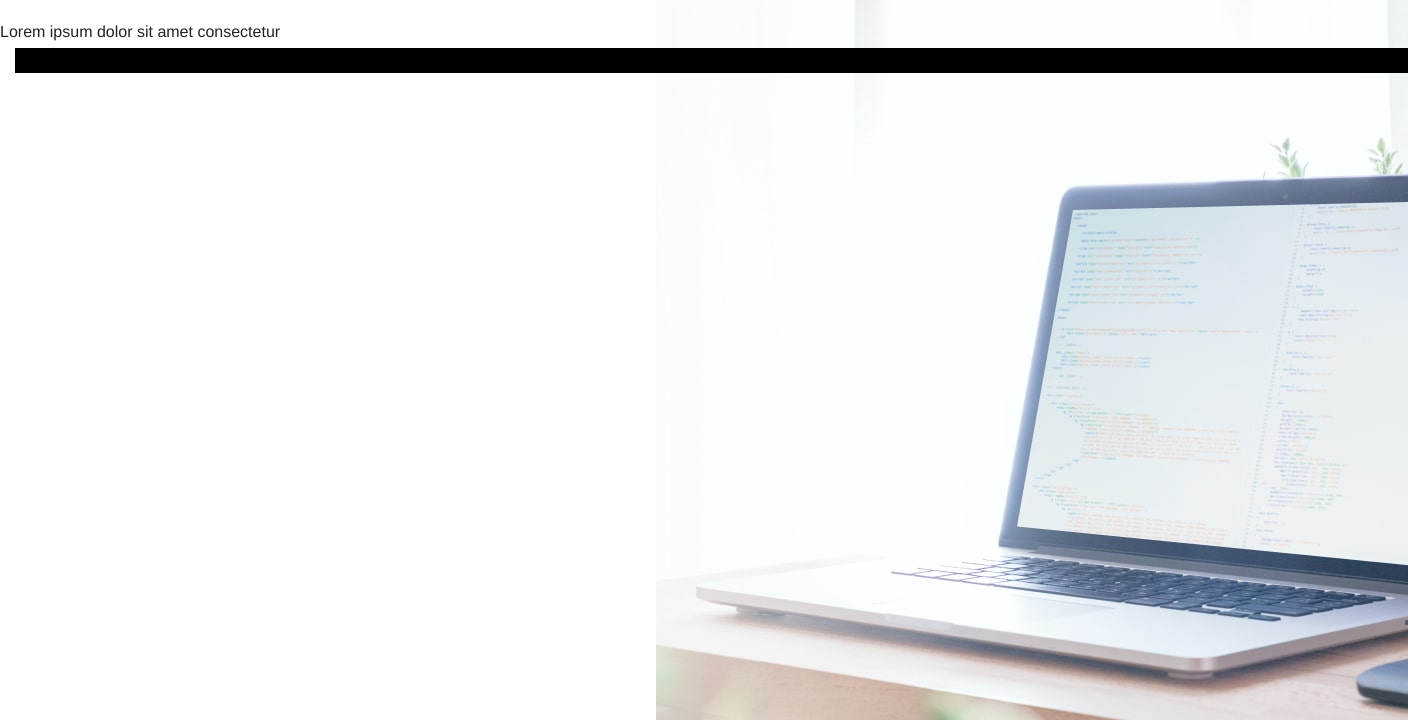
Repository: iKrekus/HTMLAcademy-mysite
Page: test.html
An editor plug-in stored every save of this project. The page is shown before and after the next save, followed by the edit.
The browser window is 1280 px wide. The page is 1408 px wide, so the pictures cover 1408 px, including what lies to the right of the window. The pictures show the whole page.

Above is the page before, as saved 2022-09-28 17:50:51.

### test.html
<!DOCTYPE html>
<html lang="en">
<head>
    <meta charset="UTF-8">
    <meta http-equiv="X-UA-Compatible" content="IE=edge">
    <meta name="viewport" content="width=device-width, initial-scale=1.0">
<link rel="stylesheet" href="style.css">
    <title>Test</title>
</head>
<body>
    <p class="lorem">Lorem ipsum dolor sit amet consectetur</p>
</body>
</html>

### style.css
body {
  position: relative;
  margin: 0;
  min-width: 1408px;
  font-family: "Montserrat", "Helvetica", "Arial", sans-serif;
  font-size: 16px;
  line-height: 32px;
  color: #222222;
  background-image: url("img/hero-bg.jpg");
  background-repeat: no-repeat;
  background-position-y: top;
  background-position-x: calc(50vw + 16px);
}

.container {
  max-width: 1408px;
  margin: 0 auto;
  padding: 0 16px;
}

.page-header {
  margin: 0 0 140px;
  padding: 32px 0;
}

.page-header a {
  margin-right: 56px;
  padding-bottom: 10px;
  padding-top: 10px;
  color: #8da2ed;
  text-decoration: none;
  background-repeat: no-repeat;
  background-position: left;
}

.page-header a:focus,
.page-header a:hover {
  border-bottom: 1px solid #8da2ed;
  filter: hue-rotate(50deg);
}

.page-header a:active {
  filter: hue-rotate(0);
  opacity: 0.6;
}

.header-email {
  padding-left: 30px;
  background-image: url("img/icon-email-header.svg");
}

.header-phone {
  padding-left: 25px;
  background-image: url("img/icon-phone-header.svg");
}

.hero-image {
  position: relative;
  height: 564px;
}

.hero-image .container {
  padding-left: 0;
  padding-right: 0;
  background-image: url("img/dotted-border-v.svg");
  background-repeat: repeat-y;
  background-position: top left;
}

.heading {
  margin: 0 0 40px;
  padding-left: 116px;
  width: 928px;
  font-size: 104px;
  line-height: 120px;
  letter-spacing: -2px;
  font-weight: 400;
  color: #8da2ed;
}

.hero-image p {
  margin: 0;
  padding-left: 128px;
  padding-bottom: 16px;
  font-size: 32px;
  line-height: 48px;
}

.intro {
  margin: 0 0 160px;
  padding-top: 240px;
  padding-bottom: 80px;
  background-color: #fafbfd;
}

.subheading {
  margin: 0 0 56px;
  font-size: 72px;
  line-height: 104px;
  font-weight: 400;
  color: #8da2ed;
}

.intro .container {
  position: relative;
}

.intro .subheading {
  position: absolute;
  top: -320px;
  left: 48px;
  font-size: 16px;
  line-height: 32px;
  color: #222222;
}

.intro .subheading::before {
  position: absolute;
  content: "";
  top: 4px;
  left: -32px;
  width: 16px;
  height: 28px;
  background-image: url("img/icon-scroll.svg");
  background-repeat: no-repeat;
}

.user-image {
  margin: 0 0 32px;
  position: absolute;
  top: 0;
  left: 0;
}

.user-image img {
  width: 688px;
  height: 400px;
  margin-left: 16px;
  object-fit: cover;
}

.intro .container div {
  position: relative;
  display: flex;
  flex-direction: column;
  justify-content: center;
  margin: 0 120px 160px;
  min-height: 400px;
}

.intro .user-image + div {
  margin-left: 600px;
}

.intro .container > div::before,
.intro .container > div::after {
  position: absolute;
  content: "";
  background-repeat: no-repeat;
}

.intro .container div:nth-of-type(1)::before {
  top: 0;
  right: -120px;
  width: 144px;
  height: 64px;
  background-image: url("img/decor-dots1.svg");
}

.intro .container div:nth-of-type(2)::before {
  top: 0;
  left: -120px;
  width: 144px;
  height: 64px;
  background-image: url("img/decor-dots2.svg");
}

.intro h3 {
  margin: 0 0 16px;
  width: 688px;
  font-size: 32px;
  line-height: 40px;
  font-weight: 400;
  letter-spacing: 0.5px;
  text-transform: uppercase;
}

.intro p {
  margin: 0;
  width: 688px;
}

.intro .container div:nth-of-type(2) {
  margin-right: 0;
  background-image: url("img/abilities.jpg");
  background-position: right;
  background-repeat: no-repeat;
}

.intro .container .skills {
  min-height: unset;
}

.skills::before {
  top: 0;
  right: -120px;
  width: 64px;
  height: 64px;
  background-image: url("img/decor-dots3.svg");
}

.skills::after {
  bottom: -56px;
  left: -120px;
  width: 64px;
  height: 24px;
  background-image: url("img/decor-dots4.svg");
}

.skills h3 {
  margin-bottom: 56px;
}

.skills-list {
  position: relative;
  display: flex;
  margin: 0;
  padding: 0;
}

.skills-list dt {
  flex-shrink: 0;
  padding-left: 82px;
  width: 480px;
  height: 72px;
  font-size: 24px;
  letter-spacing: 1px;
  background-repeat: no-repeat;
  background-position: left;
}

.skill-html {
  background-image: url("img/icon-html.svg");
}

.skill-css {
  margin-left: 48px;
  background-image: url("img/icon-css.svg");
}

.level {
  position: absolute;
  top: 32px;
  margin: 4px 0 16px;
  padding: 0;
  height: 32px;
  width: 478px;
  font-size: 0;
  background-color: #ffffff;
  border: 1px solid #dee5fb;
}

.skill-html + .level {
  left: 82px;
}

.skill-css + .level {
  left: 690px;
}

.skills .level div {
  margin: 4px;
  height: 24px;
  min-height: unset;
  background-color: #8da2ed;
  background-image: url("img/progress-pattern.svg");
}

.button {
  position: relative;
  margin: auto 72px -10px;
  padding: 10px 0 10px 28px;
  display: block;
  font-size: 20px;
  letter-spacing: 0.5px;
  text-decoration: none;
  text-transform: uppercase;
  color: #8da2ed;
  border: 1px solid #8da2ed;
}

.button::before {
  position: absolute;
  content: "";
  width: 20px;
  height: 20px;
  top: 14px;
  left: 29px;
  background-image: url("img/icon-open-page.svg");
}

.button:focus,
.button:hover {
  margin-bottom: -10px;
  color: #ffffff;
  border-color: #c98ded;
  background-color: #c98ded;
  transition: border-color 150ms, background-color 150ms;
}

.button:active {
  opacity: 0.6;
}

.button:focus::before,
.button:hover::before,
.button:active::before {
  filter: brightness(100);
}

.page-footer {
  padding: 40px 0;
  background-color: #8da2ed;
}

.page-footer a {
  margin-right: 56px;
  padding-bottom: 10px;
  padding-top: 10px;
  color: #ffffff;
  text-decoration: none;
  background-repeat: no-repeat;
  background-position: left;
  opacity: 0.8;
}

.page-footer a:focus,
.page-footer a:hover {
  opacity: 1;
  border-bottom: 1px solid #ffffff;
}

.page-footer a:active {
  opacity: 0.6;
}

.footer-email {
  padding-left: 30px;
  background-image: url("img/icon-email-footer.svg");
}

.footer-phone {
  padding-left: 25px;
  background-image: url("img/icon-phone-footer.svg");
}

.lorem{
  box-shadow: 15px 25px 0px 0px black;
}

After the next save:
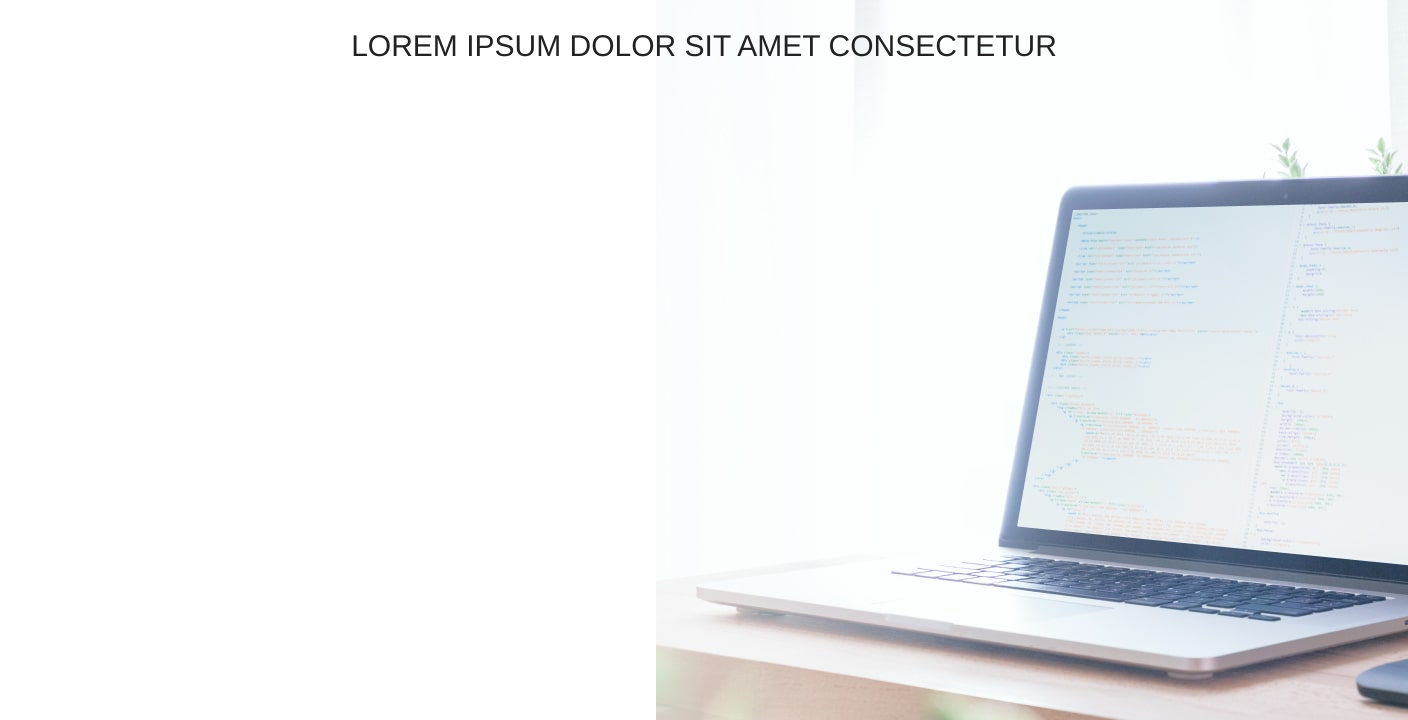
Saved 58 s later.
--- a/style.css
+++ b/style.css
@@ -355,5 +355,8 @@ body {
 }
 
 .lorem{
-  box-shadow: 15px 25px 0px 0px black;
-}
+  text-transform: uppercase;
+  font-size: 30px;
+  text-align: center;
+  text-shadow: -15px -25px 0px 0px black;
+}
